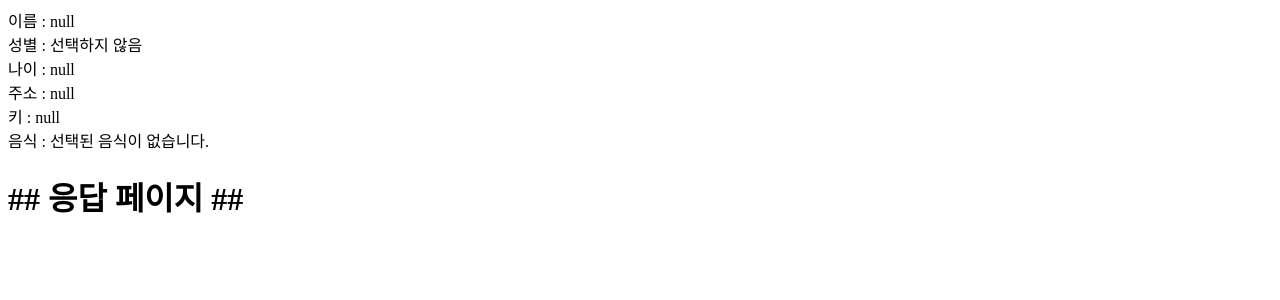
Repository: kkh1396/kh_front
Page: http://localhost/1.servlet/views/responsePage.jsp
These files come from the project's save history. The page is drawn as it stood at one moment and after the next save; the edit follows.
The browser window is 1280 px wide. The pictures show the whole page.
The page is served by Tomcat 9. The template is opened directly, without the code that normally fills it, so the values that code supplies are empty.

Above is the page before, as saved 2025-03-19 06:33:56.

After the next save:
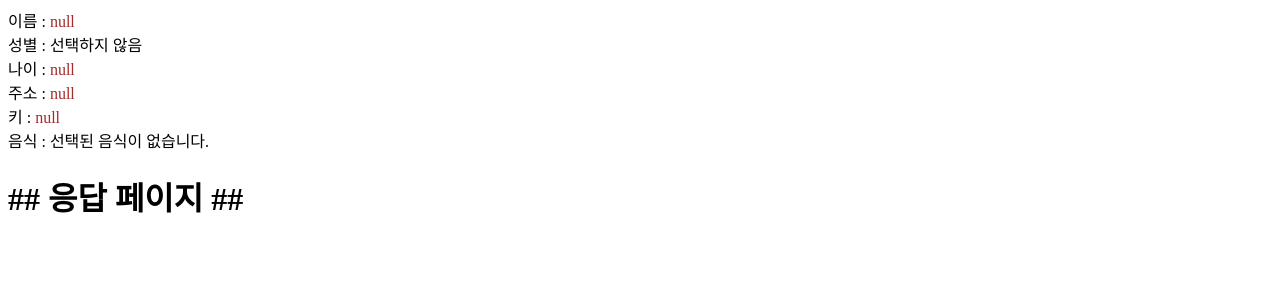
Saved 4 s later.
--- a/05_server/1.servlet/src/main/webapp/views/responsePage.jsp
+++ b/05_server/1.servlet/src/main/webapp/views/responsePage.jsp
@@ -7,7 +7,7 @@
 <title>응답용 페이지</title>
 
    <style >
-     span {color : brwon}
+     span {color : brown}
    </style>
 </head>
 <body>
